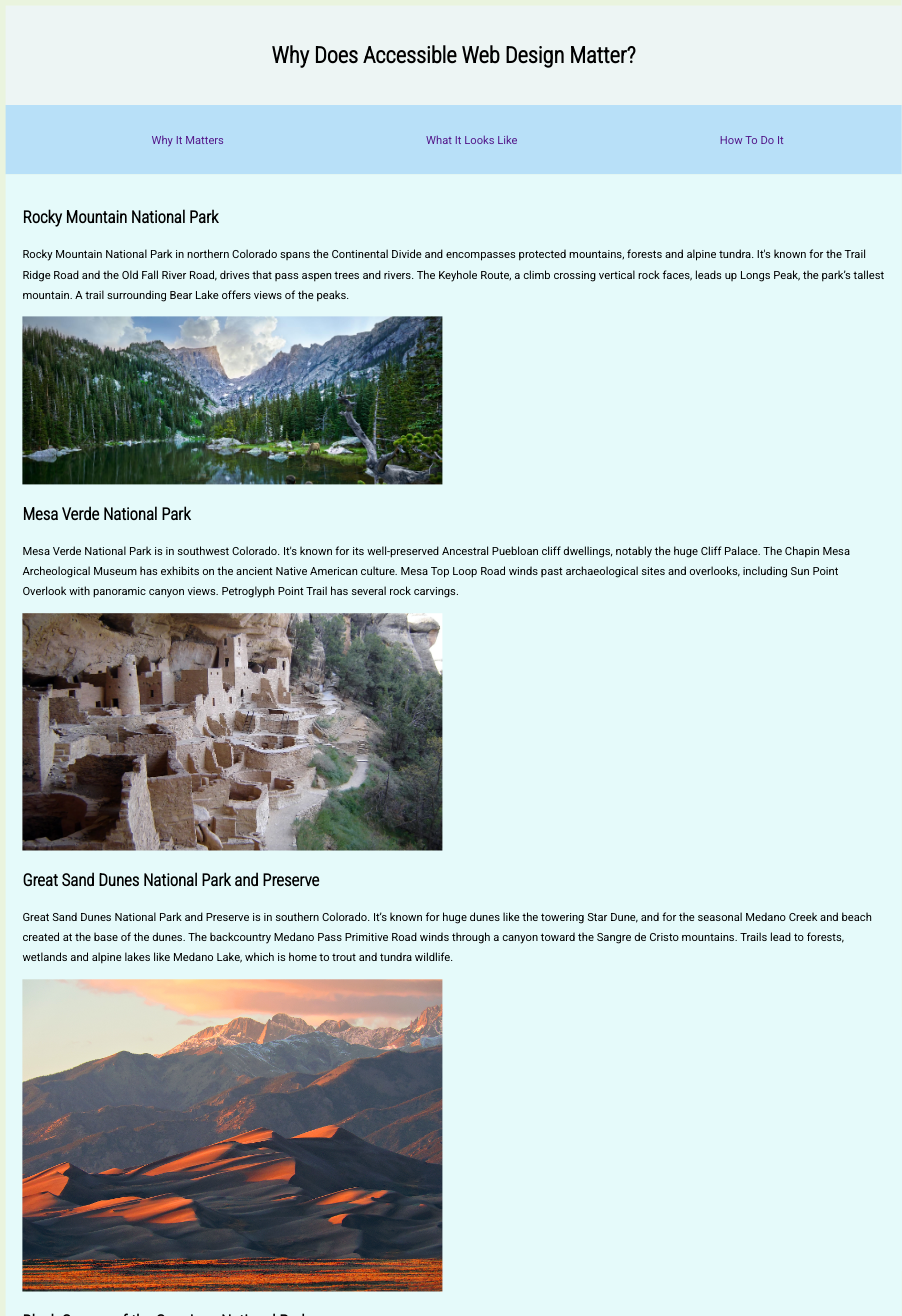
Repository: ethan-schrauf/UniversalDesignWebsite
Page: why.html
These files come from the project's save history. The page is drawn as it stood at one moment and after the next save; the edit follows.
The browser window is 1280 px wide. The page is 1288 px wide, so the pictures cover 1288 px, including what lies to the right of the window. The pictures show the part of the page from y = 0 to 1880 px (the page is 5190 px tall), at 70% of full size.

Above is the page before, as saved 2023-11-22 21:36:35.

After the next save:
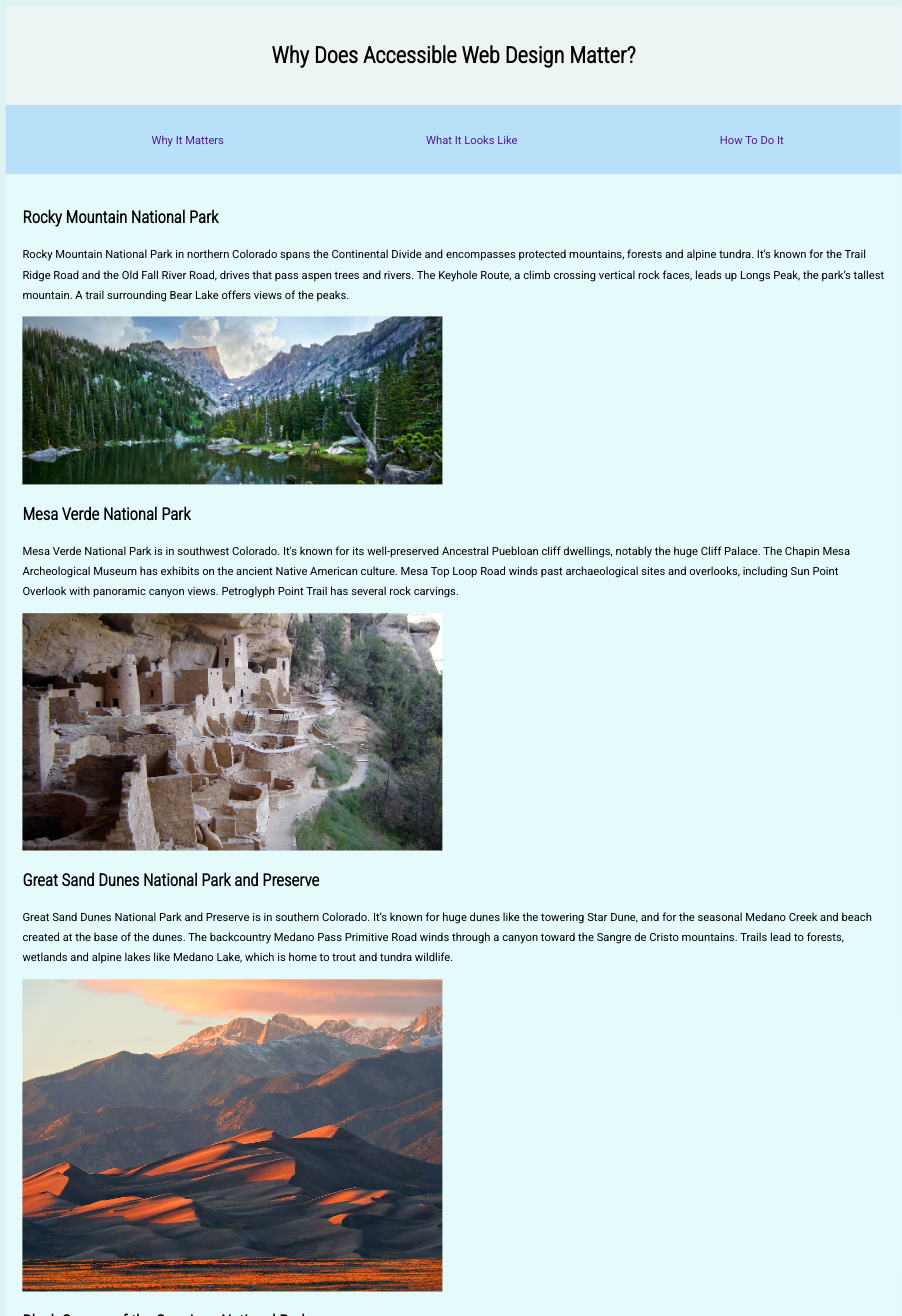
Saved 14 s later.
--- a/why.css
+++ b/why.css
@@ -2,7 +2,7 @@
 @import url('https://fonts.googleapis.com/css2?family=Roboto&family=Roboto+Condensed:wght@300&display=swap');
 
 body {
-    background: rgb(234, 244, 222);
+    background: rgb(222, 243, 244);
 }
 
 /* css reset */
